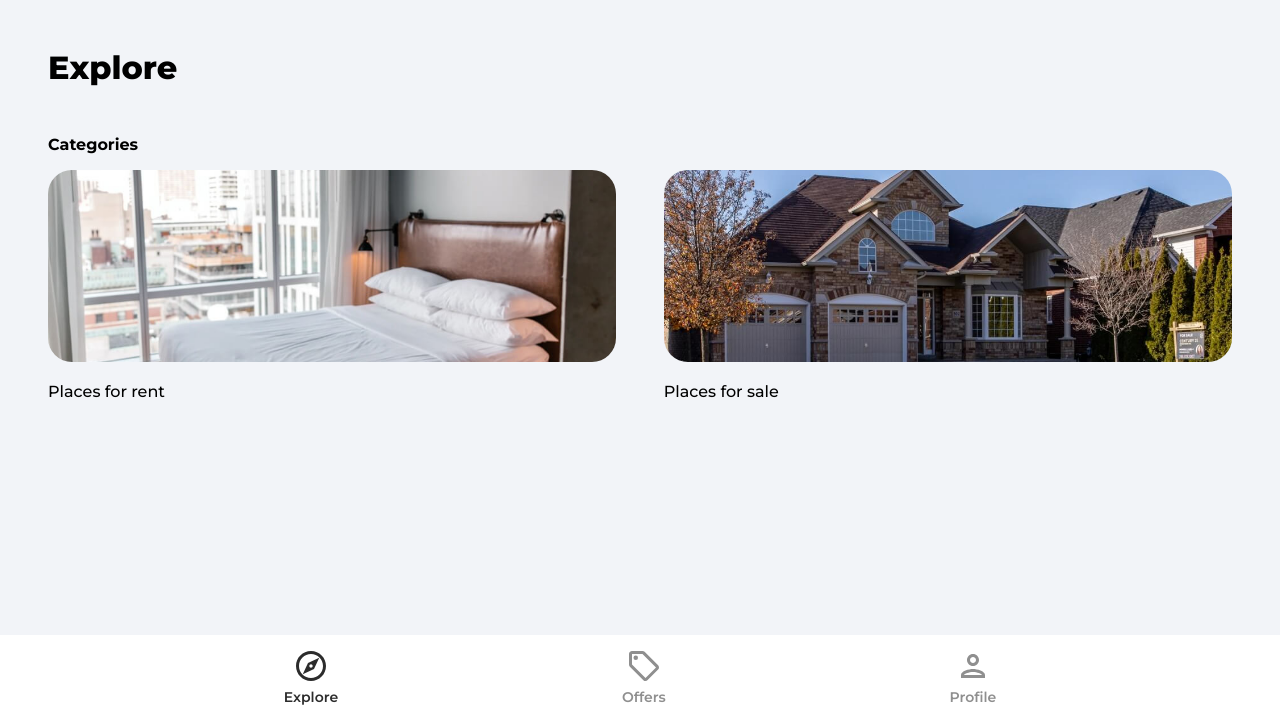
Repository: harvir619/Real-Estate-Market-App
Page: /
These files come from the project's save history. The page is drawn as it stood at one moment and after the next save; the edit follows.
The browser window is 1280 px wide. The pictures show the whole page.
The page's requests for data from a server got no answer. Some web libraries are served in a nearby version. The project was rebuilt for these pictures with package versions that can differ from the ones it lists, and the page was loaded fresh each time. No one was signed in, and anything a server would have sent is missing. Also part of the build but not shown: vite.config.js, src/firebase.config.js, src/pages/Profile.jsx, src/pages/ForgotPassword.jsx, src/components/Spinner.jsx, src/components/ListingItem.jsx, src/pages/Offers.jsx, src/components/OAuth.jsx and 8 more.

Above is the page before, as saved 2023-06-30 17:33:20.

After the next save:
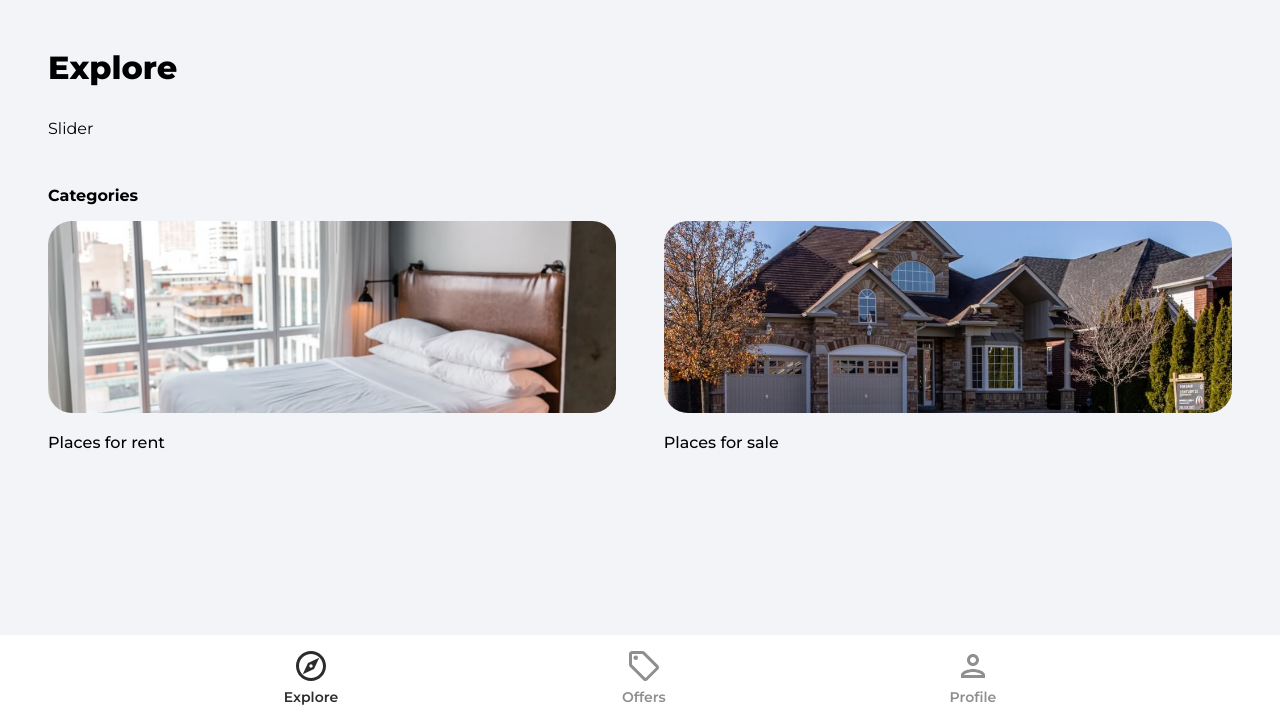
Saved 62 s later.
--- a/src/pages/Explore.jsx
+++ b/src/pages/Explore.jsx
@@ -1,6 +1,7 @@
 import { Link } from 'react-router-dom'
 import rentCategoryImage from '../assets/jpg/rentCategoryImage.jpg'
 import sellCategoryImage from '../assets/jpg/sellCategoryImage.jpg'
+import Slider from '../components/Slider'
 
 function Explore() {
   return (
@@ -10,7 +11,7 @@ function Explore() {
       </header>
 
       <main>
-        {/* Sider */}
+        <Slider/>
 
         <p className="exploreCategoryHeading">Categories</p>
         <div className="exploreCategories">
